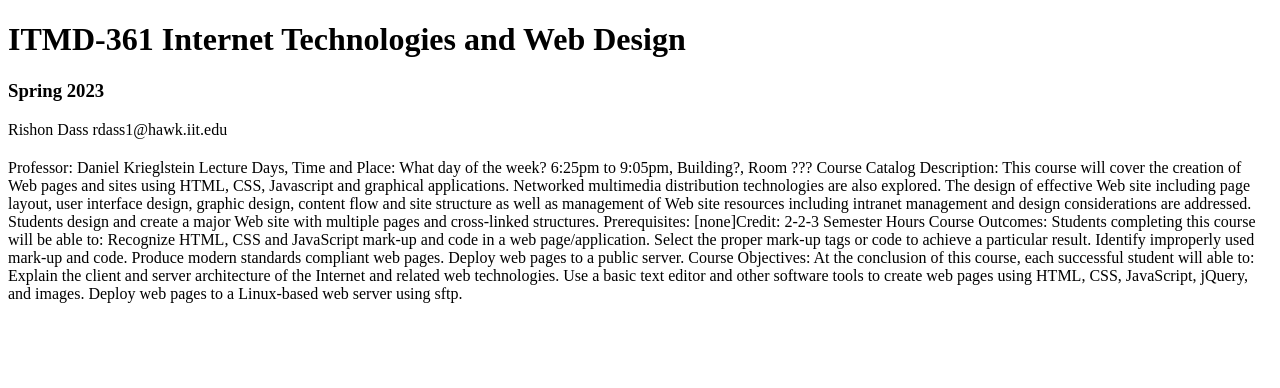
Repository: rishondass/ITMD361-Lab2
Page: lab2raw_text.html
An editor plug-in stored every save of this project. The page is shown before and after a run of saves, followed by the edit.
The browser window is 1280 px wide. The pictures show the whole page.

Above is the page before, as saved 2023-01-13 14:05:23.

After the next 3 saves:
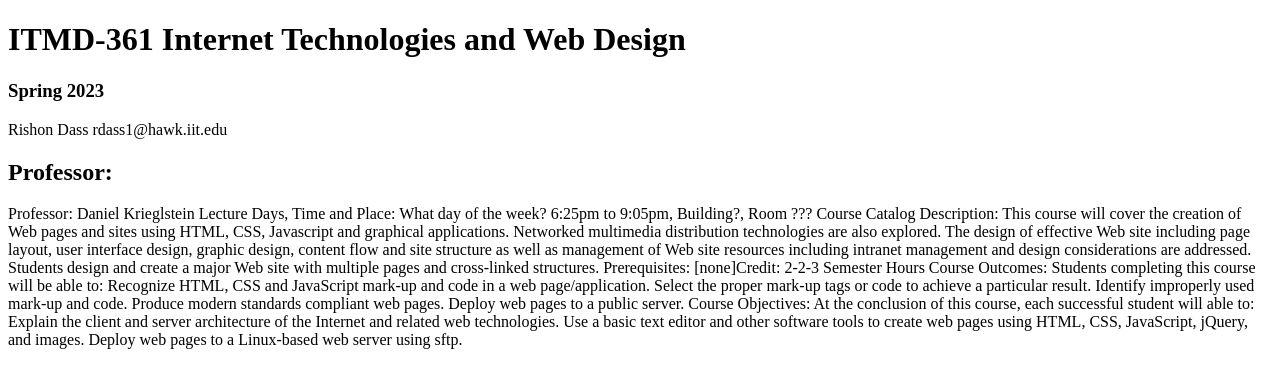
The 3 saves are shown as one change because they came seconds apart.
The last was saved 8 s later.
--- a/lab2raw_text.html
+++ b/lab2raw_text.html
@@ -17,8 +17,11 @@
         Rishon Dass rdass1@hawk.iit.edu
     </p>
     <h2>
+        Professor:
+    </h2>
+    <p>
 
-    </h2>
+    </p>
 </body>
 </html>
 
